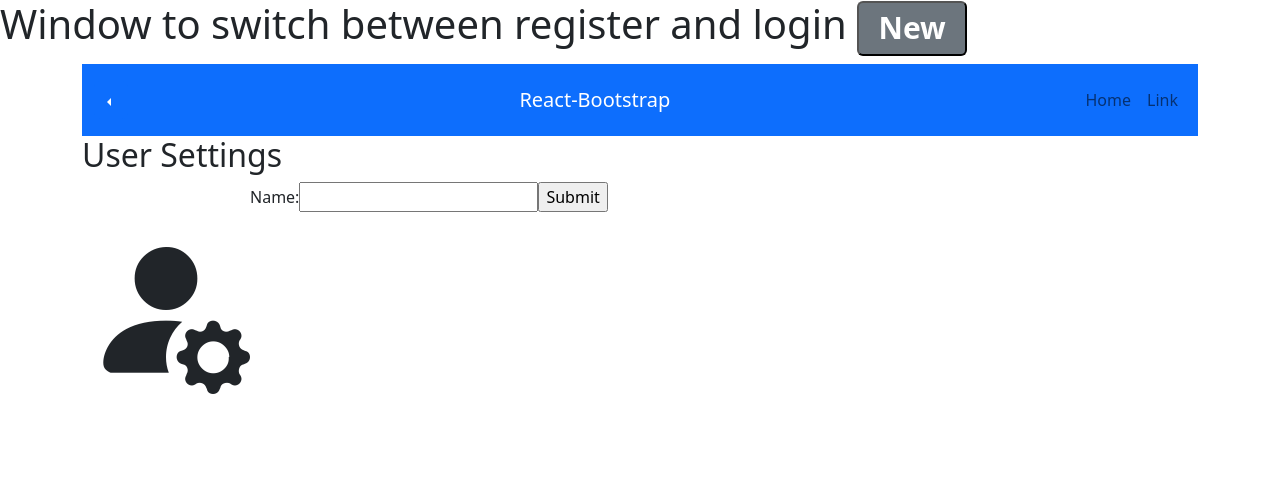
Repository: christenis98/RealWorldApp
Page: / (app in bank-frontend/)
An editor plug-in stored every save of this project. The page is shown before and after the next save, followed by the edit.
The browser window is 1280 px wide. The pictures show the whole page.
The project was rebuilt for these pictures with package versions that can differ from the ones it lists, and the page was loaded fresh each time. Also part of the build but not shown: bank-frontend/src/App.css.

Above is the page before, as saved 2022-11-24 12:37:04.

After the next save:
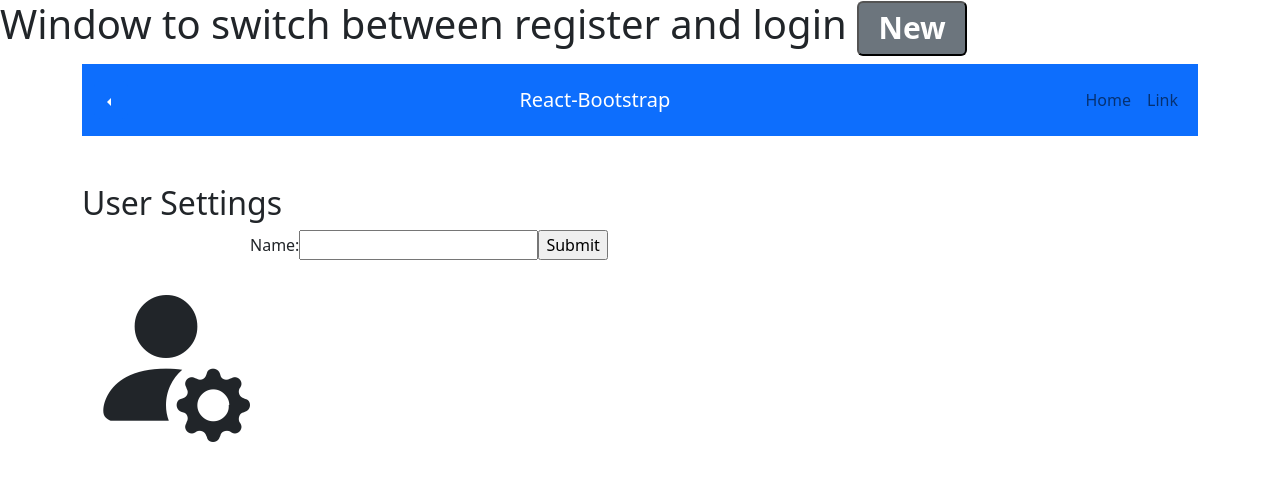
Saved 15 s later.
--- a/bank-frontend/src/js/UserSettings.jsx
+++ b/bank-frontend/src/js/UserSettings.jsx
@@ -3,7 +3,7 @@ import React from 'react'
 function UserSettings() {
     return (
         <div className="container d-flex flex-column bd-highlight">
-            <div className="d-flex flex-row bd-highlight mx-left ">
+            <div className="d-flex flex-row bd-highlight mx-left mt-5">
                 <h2>User Settings</h2>
             </div>
 
